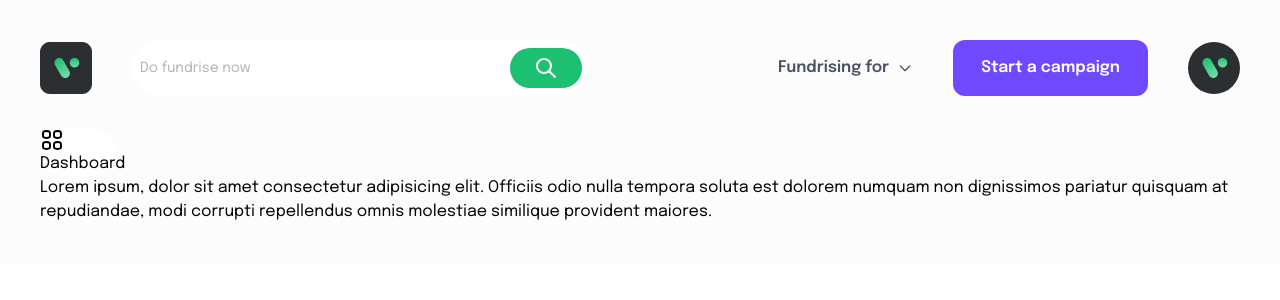
Repository: hoang0508/CrowFunding-APP
Page: /
The author's editor kept a copy of each file at every save. The page is drawn from the files as they stood at one save, then again after the next save.
The browser window is 1280 px wide. The pictures show the whole page.
The project was rebuilt for these pictures with package versions that can differ from the ones it lists, and the page was loaded fresh each time. Also part of the build but not shown: src/components/icons/IconEyeToggle.js, src/components/common/ErrorComponent.js, src/components/button/ButtonGoogle.js. Imported but missing from the stored project, and not drawn on this page: src/store/reducers.

Above is the page before, as saved 2022-07-21 09:23:08.

### public/index.html
<!DOCTYPE html>
<html lang="en">
  <head>
    <meta charset="utf-8" />
    <link rel="icon" href="%PUBLIC_URL%/favicon.ico" />
    <meta name="viewport" content="width=device-width, initial-scale=1" />
    <meta name="theme-color" content="#000000" />
    <meta
      name="description"
      content="Web site created using create-react-app"
    />
    <link rel="apple-touch-icon" href="%PUBLIC_URL%/logo192.png" />
    <!--
      manifest.json provides metadata used when your web app is installed on a
      user's mobile device or desktop. See https://developers.google.com/web/fundamentals/web-app-manifest/
    -->
    <link rel="manifest" href="%PUBLIC_URL%/manifest.json" />
    <!--
      Notice the use of %PUBLIC_URL% in the tags above.
      It will be replaced with the URL of the `public` folder during the build.
      Only files inside the `public` folder can be referenced from the HTML.

      Unlike "/favicon.ico" or "favicon.ico", "%PUBLIC_URL%/favicon.ico" will
      work correctly both with client-side routing and a non-root public URL.
      Learn how to configure a non-root public URL by running `npm run build`.
    -->
    <link rel="preconnect" href="https://fonts.googleapis.com" />
    <link rel="preconnect" href="https://fonts.gstatic.com" crossorigin />
    <link
      href="https://fonts.googleapis.com/css2?family=Epilogue:wght@400;500;600;700&display=swap"
      rel="stylesheet"
    />
    <title>Crowfunding App</title>
  </head>
  <body>
    <noscript>You need to enable JavaScript to run this app.</noscript>
    <div id="root"></div>
    <!--
      This HTML file is a template.
      If you open it directly in the browser, you will see an empty page.

      You can add webfonts, meta tags, or analytics to this file.
      The build step will place the bundled scripts into the <body> tag.

      To begin the development, run `npm start` or `yarn start`.
      To create a production bundle, use `npm run build` or `yarn build`.
    -->
  </body>
</html>

### src/index.js
import React from "react";
import { createRoot } from "react-dom/client";
import App from "./App";
import reportWebVitals from "./reportWebVitals";
import "./index.scss";
import { Provider } from "react-redux";
import { store } from "./store/configureStore";
import { BrowserRouter } from "react-router-dom";

const container = document.getElementById("root");
const root = createRoot(container);

root.render(
  <BrowserRouter>
    <Provider store={store}>
      <App />
    </Provider>
  </BrowserRouter>
);

// If you want to start measuring performance in your app, pass a function
// to log results (for example: reportWebVitals(console.log))
// or send to an analytics endpoint. Learn more: https://bit.ly/CRA-vitals
reportWebVitals();

### src/App.js
import React, { lazy, Suspense } from "react";
import { Route, Routes } from "react-router-dom";
const SignUpPage = lazy(() => import("./pages/SignUpPage"));
const SignInPage = lazy(() => import("./pages/SignInPage"));
const DashboardPage = lazy(() => import("pages/DashboardPage"));

function App() {
  return (
    <Suspense fallback={<></>}>
      <Routes>
        <Route path="/" element={<DashboardPage />}></Route>
        <Route path="/sign-up" element={<SignUpPage />}></Route>
        <Route path="/sign-in" element={<SignInPage />}></Route>
      </Routes>
    </Suspense>
  );
}

export default App;

### src/index.scss
@tailwind base;
@tailwind components;
@tailwind utilities;
@layer base {
  body {
    @apply font-primary text-base font-normal;
    line-height: 1.5;
  }
  input {
    @apply outline-none;
  }
}

input:focus + .error-input {
  display: none;
}

### src/store/configureStore.js
import { configureStore } from "@reduxjs/toolkit";
import createSagaMiddleware from "@redux-saga/core";
import logger from "redux-logger";
import { reducer } from "./reducers";
const sagaMiddleware = createSagaMiddleware();

export const store = configureStore({
  reducer: reducer,
  middleware: (gDM) => gDM().concat(logger, sagaMiddleware),
});
// sagaMiddleware.run(rootSaga);

### src/pages/DashboardPage.js
import LayoutDashboard from "layout/LayoutDashboard";
import React from "react";

const DashboardPage = () => {
  return (
    <LayoutDashboard>
      Lorem ipsum, dolor sit amet consectetur adipisicing elit. Officiis odio
      nulla tempora soluta est dolorem numquam non dignissimos pariatur quisquam
      at repudiandae, modi corrupti repellendus omnis molestiae similique
      provident maiores.
    </LayoutDashboard>
  );
};

export default DashboardPage;

### src/components/icons/index.js
export const { default: IconEyeToggle } = require("./IconEyeToggle");
export const { default: IconDashboard } = require("./IconDashboard");

### src/components/button/index.js
export const { default: Button } = require("./Button");
export const { default: ButtonGoogle } = require("./ButtonGoogle");

### src/layout/LayoutDashboard.js
import DashboardSidebar from "modules/dashboard/DashboardSidebar";
import DashboardTopbar from "modules/dashboard/DashboardTopbar";
import React from "react";

const LayoutDashboard = ({ children }) => {
  return (
    <div className="p-10 bg-lite">
      <DashboardTopbar></DashboardTopbar>
      <div>
        <DashboardSidebar></DashboardSidebar>
        <div>{children}</div>
      </div>
    </div>
  );
};

export default LayoutDashboard;

### src/components/icons/IconDashboard.js
import React from "react";

const IconDashboard = () => {
  return (
    <span>
      <svg
        width={24}
        height={24}
        viewBox="0 0 24 24"
        fill="none"
        xmlns="http://www.w3.org/2000/svg"
      >
        <path
          fillRule="evenodd"
          clipRule="evenodd"
          d="M3 6.5C3 3.87479 3.02811 3 6.5 3C9.97189 3 10 3.87479 10 6.5C10 9.12521 10.0111 10 6.5 10C2.98893 10 3 9.12521 3 6.5Z"
          stroke="currentColor"
          strokeWidth={2}
          strokeLinecap="round"
          strokeLinejoin="round"
        />
        <path
          fillRule="evenodd"
          clipRule="evenodd"
          d="M14 6.5C14 3.87479 14.0281 3 17.5 3C20.9719 3 21 3.87479 21 6.5C21 9.12521 21.0111 10 17.5 10C13.9889 10 14 9.12521 14 6.5Z"
          stroke="currentColor"
          strokeWidth={2}
          strokeLinecap="round"
          strokeLinejoin="round"
        />
        <path
          fillRule="evenodd"
          clipRule="evenodd"
          d="M3 17.5C3 14.8748 3.02811 14 6.5 14C9.97189 14 10 14.8748 10 17.5C10 20.1252 10.0111 21 6.5 21C2.98893 21 3 20.1252 3 17.5Z"
          stroke="currentColor"
          strokeWidth={2}
          strokeLinecap="round"
          strokeLinejoin="round"
        />
        <path
          fillRule="evenodd"
          clipRule="evenodd"
          d="M14 17.5C14 14.8748 14.0281 14 17.5 14C20.9719 14 21 14.8748 21 17.5C21 20.1252 21.0111 21 17.5 21C13.9889 21 14 20.1252 14 17.5Z"
          stroke="currentColor"
          strokeWidth={2}
          strokeLinecap="round"
          strokeLinejoin="round"
        />
      </svg>
    </span>
  );
};

export default IconDashboard;

### src/components/button/Button.js
import React from "react";
import PropTypes from "prop-types";
import classNames from "utils/className";

const Button = ({
  type,
  children,
  className = "",
  isLoading = false,
  ...rest
}) => {
  const child = !!isLoading ? (
    <div className="w-10 h-10 border-4 border-white border-t-transparent border-b-transparent rounded-full animate-spin"></div>
  ) : (
    children
  );
  return (
    <button
      type={type}
      className={classNames(
        "font-semibold p-4 rounded-xl flex justify-center items-center min-h-[56px]  text-white",
        !!isLoading ? "opacity-50 pointer-events-none" : "",
        className
      )}
      // className={`font-semibold py-4 rounded-xl flex justify-center items-center min-h-[56px]
      // ${className} text-white ${
      //   !!isLoading ? "opacity-50 pointer-events-none" : ""
      // }`}
      {...rest}
    >
      {child}
    </button>
  );
};

Button.propTypes = {
  type: PropTypes.string.isRequired,
  className: PropTypes.string,
  children: PropTypes.node,
  isLoading: PropTypes.bool,
};

export default Button;

### src/modules/dashboard/DashboardSidebar.js
import { IconDashboard } from "components/icons";
import React from "react";

const sidebarLinks = [
  {
    icon: <IconDashboard></IconDashboard>,
    title: "Dashboard",
    url: "/",
  },
];

const DashboardSidebar = () => {
  return (
    <div className="w-full md:w-[76px] rounded-3xl 10px_10px_20px_rgba(218, 213, 213, 0.15) bg-white">
      {sidebarLinks.map((link) => (
        <div key={link.title}>
          {link.icon}
          {link.title}
        </div>
      ))}
    </div>
  );
};

export default DashboardSidebar;

### src/modules/dashboard/DashboardTopbar.js
import { Button } from "components/button";
import React from "react";
import DashboardFunc from "./DashboardFunc";
import DashboardSearch from "./DashboardSearch";

const DashboardTopbar = () => {
  return (
    <div className="flex items-center justify-between mb-8">
      <div className="flex items-center gap-x-10 flex-1">
        <img src="/logo.png" alt="crowfunding-app" />
        <div className="w-full max-w-[458px] ">
          <DashboardSearch></DashboardSearch>
        </div>
      </div>
      <div className="flex items-center gap-x-10 flex-1 justify-end">
        <DashboardFunc></DashboardFunc>
        <Button className="bg-secondary px-7">Start a campaign</Button>
        <img
          src="/logo.png"
          alt="crowfunding-app"
          className="rounded-full object-cover"
        />
      </div>
    </div>
  );
};

export default DashboardTopbar;

### src/utils/className.js
export default function classNames(...args) {
  return args
    .reduce((acc, val) => {
      if (typeof val === "string") {
        return acc.concat(val.split(" "));
      }
      return acc.concat(Object.values(val));
    }, [])
    .join(" ");
}

### src/modules/dashboard/DashboardFunc.js
import React from "react";

const DashboardFunc = () => {
  return (
    <div className="text-text2 font-semibold flex items-center gap-x-2">
      <span>Fundrising for</span>
      <span className="w-4">
        <svg
          xmlns="http://www.w3.org/2000/svg"
          className="h-6 w-6 max-w-full"
          fill="none"
          viewBox="0 0 24 24"
          stroke="currentColor"
        >
          <path
            strokeLinecap="round"
            strokeLinejoin="round"
            strokeWidth={2}
            d="M19 9l-7 7-7-7"
          />
        </svg>
      </span>
    </div>
  );
};

export default DashboardFunc;

### src/modules/dashboard/DashboardSearch.js
import React from "react";

const DashboardSearch = () => {
  return (
    <div className="bg-white rounded-full shadow-[10px_10px_20px_rgba(218, 213, 213, 0.15)] p-2 flex items-center">
      <div className="flex-1">
        <input
          type="text"
          placeholder="Do fundrise now"
          className=" w-full text-sm font-normal placeholder:text-text4 text-text1"
        />
      </div>
      <button className="w-[72px] h-10 rounded-full bg-primary text-white flex items-center justify-center flex-shrink-0">
        <svg
          xmlns="http://www.w3.org/2000/svg"
          className="h-6 w-6"
          fill="none"
          viewBox="0 0 24 24"
          stroke="currentColor"
        >
          <path
            strokeLinecap="round"
            strokeLinejoin="round"
            strokeWidth={2}
            d="M21 21l-6-6m2-5a7 7 0 11-14 0 7 7 0 0114 0z"
          />
        </svg>
      </button>
    </div>
  );
};

export default DashboardSearch;

### tailwind.config.js
module.exports = {
  darkMode: "class",
  content: ["./src/**/*.{js,jsx,ts,tsx}"],
  theme: {
    extend: {
      fontFamily: {
        primary: ["Epilogue", "sans-serif;"],
      },
      colors: {
        primary: "#1DC071",
        secondary: "#6F49FD",
        text1: "#171725",
        text2: "#4B5264",
        text3: "#808191",
        text4: "#B2B3BD",
        "icon-color": "#A2A2A8",
        white: "#FFFFFF",
        whiteSoft: "#FCFBFF",
        graySoft: "#FCFCFC",
        strock: "#F1F1F3",
        lite: "#FCFCFD",
        error: "#EB5757",
        darkbg: "#13131A",
        darkSecondary: "#1C1C24",
        softDark: "#22222C",
        darkSoft: "#24242C",
        darkStroke: "#3A3A43",
      },
    },
  },
  plugins: [],
};

Loaded but not shown: src/reportWebVitals.js (common file)

After the next save:
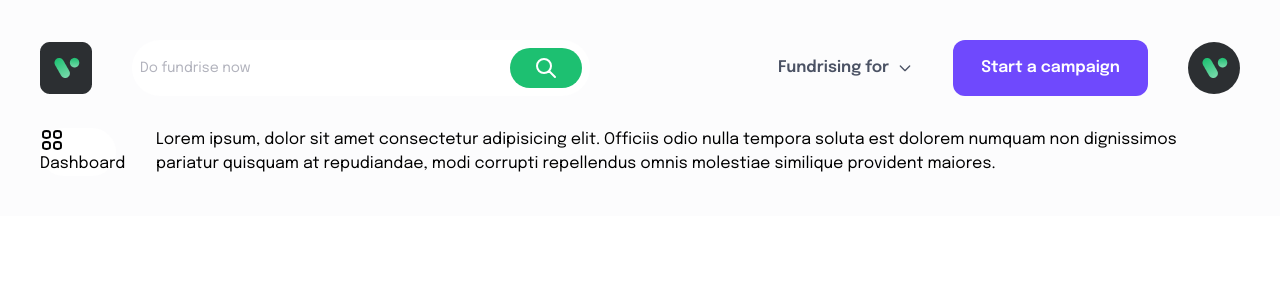
Saved 109 s later.
--- a/src/layout/LayoutDashboard.js
+++ b/src/layout/LayoutDashboard.js
@@ -6,7 +6,7 @@ const LayoutDashboard = ({ children }) => {
   return (
     <div className="p-10 bg-lite">
       <DashboardTopbar></DashboardTopbar>
-      <div>
+      <div className="flex items-start gap-x-10">
         <DashboardSidebar></DashboardSidebar>
         <div>{children}</div>
       </div>
